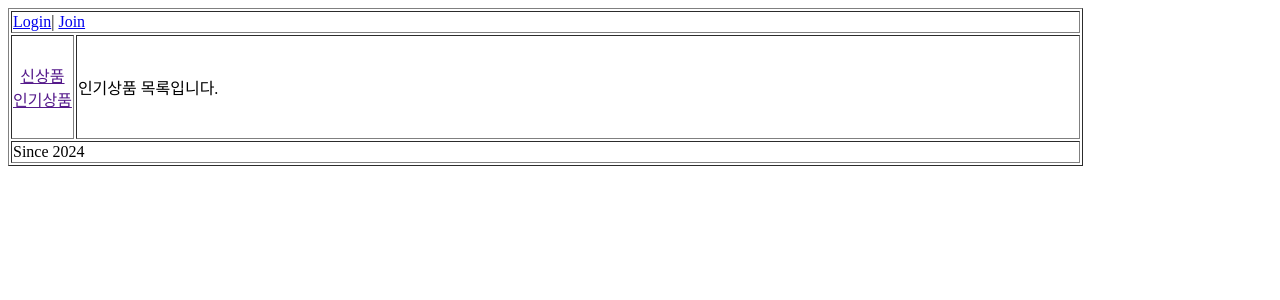
Repository: BancaKim/teamproject4
Page: http://localhost/JspDay3/Template/template.jsp
The author's editor kept a copy of each file at every save. The page is drawn from the files as they stood at one save, then again after the next save.
The browser window is 1280 px wide. The pictures show the whole page.
The page is served by Tomcat 9.

Above is the page before, as saved 2024-05-02 03:30:57.

### JspDay3/src/main/webapp/Template/template.jsp
<%@ page language="java" contentType="text/html; charset=EUC-KR"
    pageEncoding="EUC-KR"%>
<!DOCTYPE html>
<html>
<head>
<meta charset="EUC-KR">
<title>Insert title here</title>
</head>
<body>

<table border='1'>
<tr>
<td colspan="2"><%@ include file="top.jsp" %>
</td></tr>
<tr>
<td><%@ include file="left.jsp" %></td>
<td width="1000px" height="100px">
인기상품 목록입니다.
</td>
</tr>
<tr>
<td colspan="2">Since 2024</td>
</tr>
</table>
</body>
</html>

### JspDay3/src/main/webapp/Template/top.jsp
<%@ page language="java" contentType="text/html; charset=EUC-KR"
    pageEncoding="EUC-KR"%>
<!DOCTYPE html>
<html>
<head>
<meta charset="EUC-KR">
<title>Insert title here</title>
</head>
<body>
<a href="#">Login</a>|
<a href="#">Join</a>
</body>
</html>

### JspDay3/src/main/webapp/Template/left.jsp
<%@ page language="java" contentType="text/html; charset=EUC-KR"
    pageEncoding="EUC-KR"%>
<!DOCTYPE html>
<html>
<head>
<meta charset="EUC-KR">
<title>Insert title here</title>
</head>
<body>
<center>
	<div><a href="">신상품</div>
	<div><a href="">인기상품</div>
</center>
</body>
</html>

After the next save:
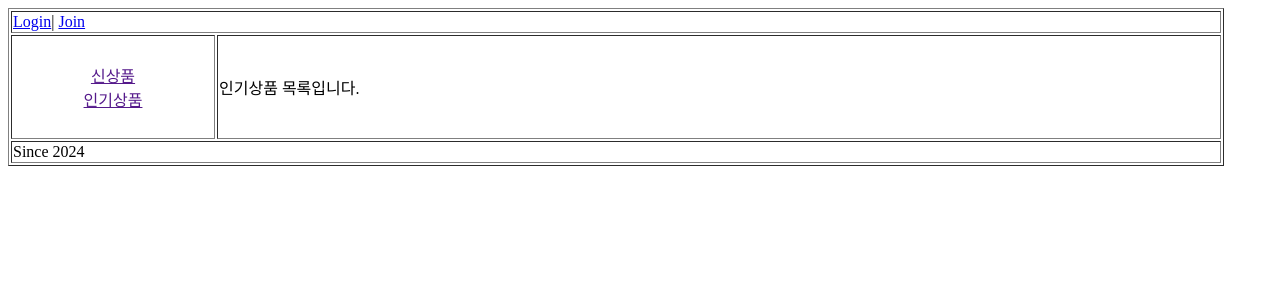
Saved 11 s later.
--- a/JspDay3/src/main/webapp/Template/template.jsp
+++ b/JspDay3/src/main/webapp/Template/template.jsp
@@ -13,7 +13,7 @@
 <td colspan="2"><%@ include file="top.jsp" %>
 </td></tr>
 <tr>
-<td><%@ include file="left.jsp" %></td>
+<td width="200px"><%@ include file="left.jsp" %></td>
 <td width="1000px" height="100px">
 인기상품 목록입니다.
 </td>
